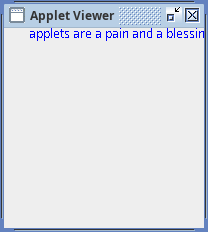
Repository: ArtixFox/SchoolWork
Program's window: java SchoolApplets/src/com/adsb/school/Applets/Applet1.java
The author's editor kept a copy of each file at every save. The program's window is drawn from the files as they stood at one save, then again after the next save.
It runs on Java 21 on a 1366 x 768 screen with the Metal look.

Above is the program's window before, as saved 2015-04-02 12:59:32.

After the next save:
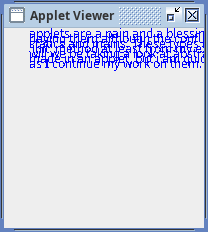
Saved 25 days later.
--- a/SchoolApplets/src/com/adsb/school/Applets/Applet1.java
+++ b/SchoolApplets/src/com/adsb/school/Applets/Applet1.java
@@ -5,25 +5,29 @@
 import java.awt.Graphics;
 import java.awt.Color;
 
+
 public class Applet1 extends Applet {
 
 	private static final long serialVersionUID = -1994206097564841540L;
 
-	private String newline = System.getProperty("line.separator");
-
-	private String message = "applets are a pain and a blessing i dont mind"+"\n"+
-	"having them although the confusion occurs when you have to leave out"+"\n"+
-	"statics and mains. These types of classes usually require a"+"\n"+
-	"'init' method at least from my experiance. But one question i have is"+"\n"+
-	"will we be taking a look at abstract classes and such? Also, my game is"+"\n"+
-	"made in an applet, but i am quickly grasping the concept of the applets"+"\n"+
-	"as I continue my work on them.";
+	private String message1 = "applets are a pain and a blessing i dont mind";
+	private String  message2 = "having them although the confusion occurs when you have to leave out";
+	private String  message3= "statics and mains. These types of classes usually require a";
+	private String  message4 = "'init' method at least from my experiance. But one question i have is";
+	private String  message5 = "will we be taking a look at abstract classes and such? Also, my game is";
+	private String  message6 = "made in an applet, but i am quickly grasping the concept of the applets";
+	private String  message7 = "as I continue my work on them.";
 
 	public void paint(Graphics g){
 
 		g.setColor(Color.BLUE);
-		g.drawString(message,25, 10);
-
+		g.drawString(message1,25, 10);
+		g.drawString(message2,25, 15);
+		g.drawString(message3,25, 20);
+		g.drawString(message4,25, 25);
+		g.drawString(message5,25, 30);
+		g.drawString(message6,25, 35);
+		g.drawString(message7,25, 40);
 	}
 	public void init(){
 
